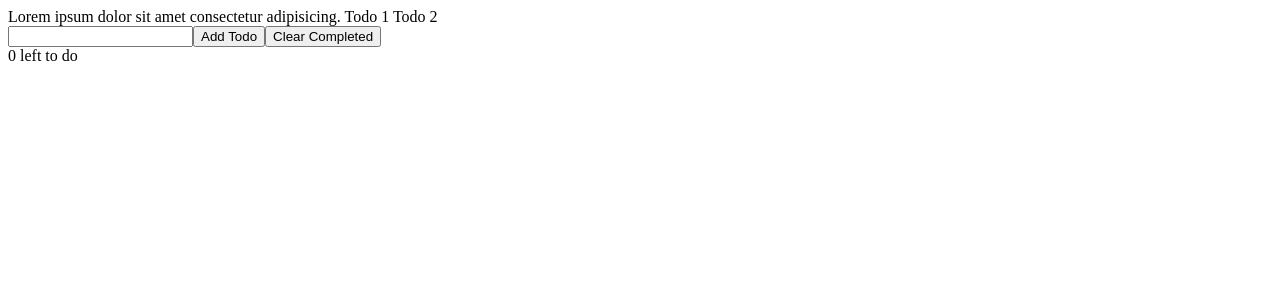
Repository: Hyperion72R/React-concepts
Page: /
These files come from the project's save history. The page is drawn as it stood at one moment and after the next save; the edit follows.
The browser window is 1280 px wide. The pictures show the whole page.
The project was rebuilt for these pictures with package versions that can differ from the ones it lists, and the page was loaded fresh each time.

Above is the page before, as saved 2021-07-17 12:48:18.

### src/App.js
import React, { useState } from "react";
import TodoList from "./TodoList";

function App() {
  const [todos, setTodos] = useState([" Todo 1 ", " Todo 2 "]);
  return (
    <>
      <TodoList todoList={todos} />
      <input type="text" />
      <button>Add Todo</button>
      <button>Clear Completed</button>
      <div>0 left to do</div>
    </>
  );
}

export default App;

### src/TodoList.js
import React from "react";

export default function TodoList({ todoList }) {
  return (
    <div>Lorem ipsum dolor sit amet consectetur adipisicing.{todoList}</div>
  );
}

{
  /* <div>Lorem ipsum dolor sit amet consectetur adipisicing.{todoList}</div> */
}

Loaded but not shown: public/index.html (common file); src/index.js (common file)

After the next save:
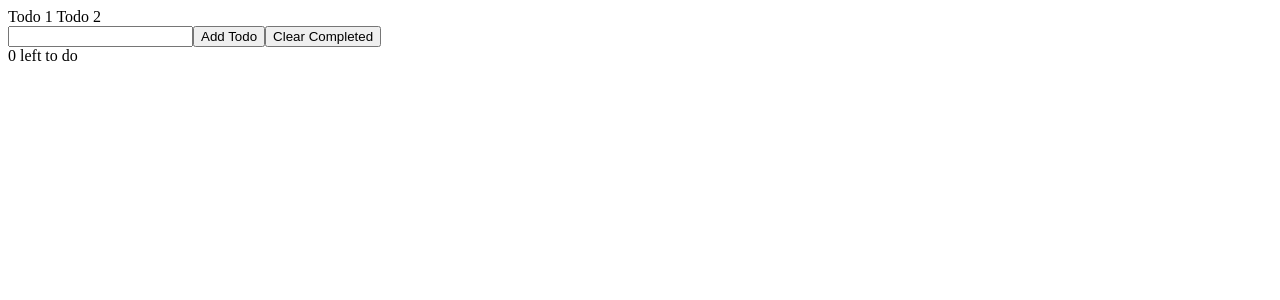
Saved 29 s later.
--- a/src/TodoList.js
+++ b/src/TodoList.js
@@ -2,7 +2,8 @@
 
 export default function TodoList({ todoList }) {
   return (
-    <div>Lorem ipsum dolor sit amet consectetur adipisicing.{todoList}</div>
+    // <div>Lorem ipsum dolor sit amet consectetur adipisicing.{todoList}</div>
+    <div>{todoList}</div>
   );
 }
 

After the save that followed:
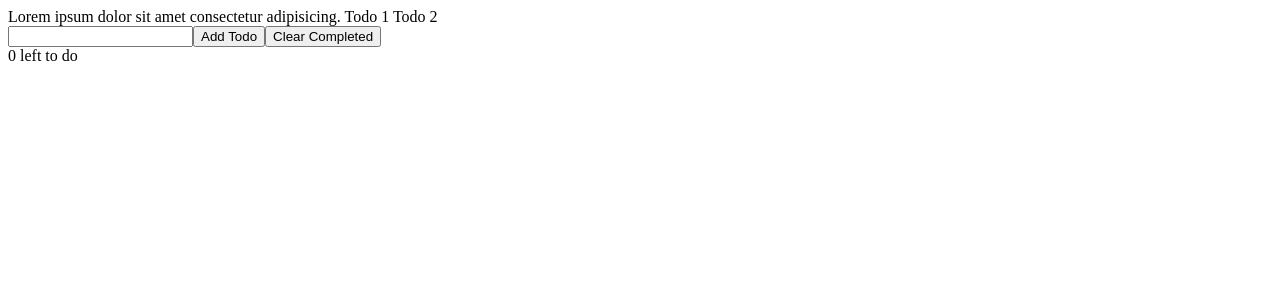
Saved 6 s later.
--- a/src/TodoList.js
+++ b/src/TodoList.js
@@ -2,8 +2,8 @@
 
 export default function TodoList({ todoList }) {
   return (
-    // <div>Lorem ipsum dolor sit amet consectetur adipisicing.{todoList}</div>
-    <div>{todoList}</div>
+    <div>Lorem ipsum dolor sit amet consectetur adipisicing.{todoList}</div>
+    // <div>{todoList}</div>
   );
 }
 
